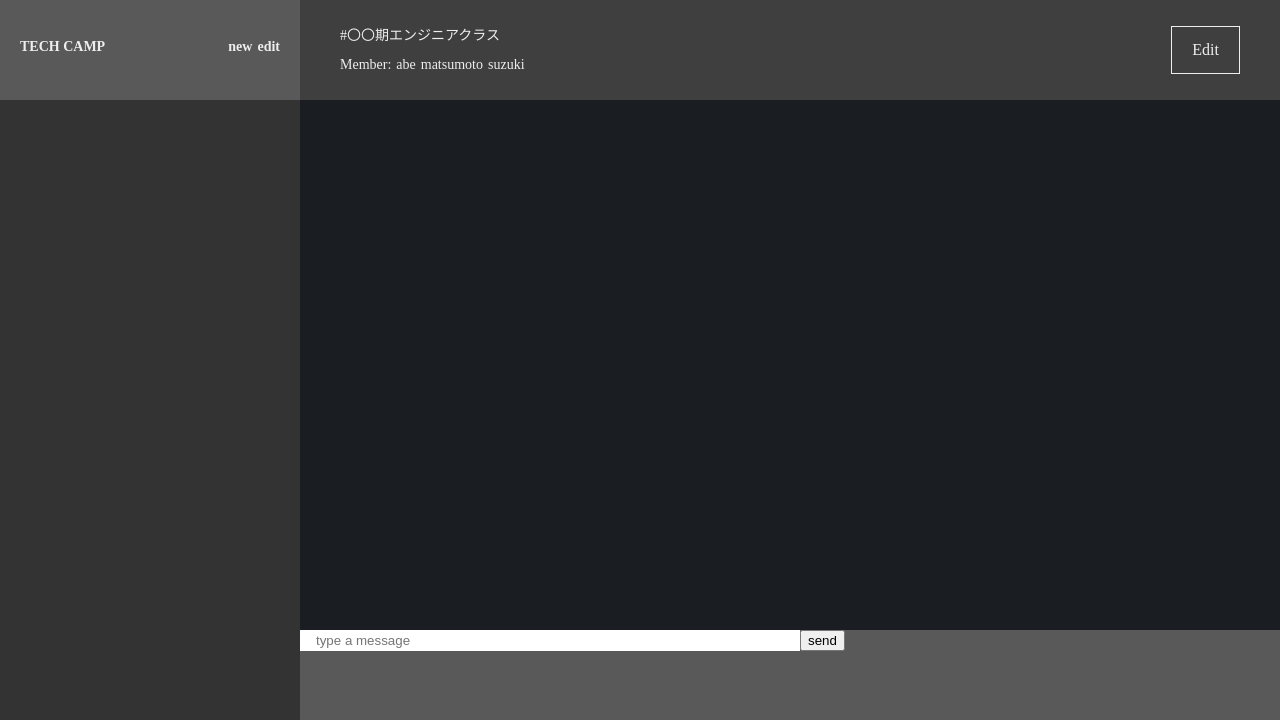
Repository: m-mao/firsa_app
Page: html_css/chat-app/index.html
The author's editor kept a record of every edit. The page is drawn from the files as they stood at one moment, then again after the next edit.
The browser window is 1280 px wide. The pictures show the whole page.

Above is the page before.

### html_css/chat-app/index.html
<!DOCTYPE html>
<html>
<head>
    <meta charset="UTF-8">
    <link rel="stylesheet" href="reset.css">
    <link rel="stylesheet" href="style.css">
    <title>chat-app</title>
</head>
<body>
    <div class="wrapper">
        <div class="chat-side">
            <div class="side-header">
                <div class="side-box">
                    <p class="user-name">TECH CAMP</p>
                    <div class="menu">
                        <div class="new-group"><a href="#">new</a></div>
                        <div class="edit-user"><a href="#">edit</a></div>
                    </div>
                </div>
            </div>
            <div class="groups">
            </div>
        </div>
        <div class="chat-main">
            <div class="main-header">
                <div class="header-leftbox">
                    <h2 class="current-group">#〇〇期エンジニアクラス</h2>
                    <ul class="member-list">Member:
                        <li class="member">abe</li>
                        <li class="member">matsumoto</li>
                        <li class="member">suzuki</li>
                    </ul>
                </div>
                <a class="edit-btn" href="#">Edit</a>
            </div>
            <div class="messages">
            </div>
            <div class="forms">
                <form class="new-message">
                    <input class="input-text" type="text" placeholder="type a message">
                    <input class="submit-btn" type="submit" value="send">
                </form>
            </div>
        </div>
    </div>
</body>
</html>

### html_css/chat-app/reset.css
/* http://meyerweb.com/eric/tools/css/reset/
   v2.0 | 20110126
   License: none (public domain)
*/

html, body, div, span, applet, object, iframe,
h1, h2, h3, h4, h5, h6, p, blockquote, pre,
a, abbr, acronym, address, big, cite, code,
del, dfn, em, img, ins, kbd, q, s, samp,
small, strike, strong, sub, sup, tt, var,
b, u, i, center,
dl, dt, dd, ol, ul, li,
fieldset, form, label, legend,
table, caption, tbody, tfoot, thead, tr, th, td,
article, aside, canvas, details, embed,
figure, figcaption, footer, header, hgroup,
menu, nav, output, ruby, section, summary,
time, mark, audio, video {
	margin: 0;
	padding: 0;
	border: 0;
	font-size: 100%;
	font: inherit;
	vertical-align: baseline;
}
/* HTML5 display-role reset for older browsers */
article, aside, details, figcaption, figure,
footer, header, hgroup, menu, nav, section {
	display: block;
}

* {
	box-sizing: border-box;
}

html {
  font-size: 62.5%;
}

body {
	line-height: 1;
	font-size: 1.4rem;
}

ol, ul {
	list-style: none;
}
blockquote, q {
	quotes: none;
}
blockquote:before, blockquote:after,
q:before, q:after {
	content: '';
	content: none;
}
table {
	border-collapse: collapse;
	border-spacing: 0;
}

### html_css/chat-app/style.css
.wrapper {
 height: 100vh;
 display: flex;
}

.chat-side {
 width: 300px;
 background-color: #333333;
}

.side-header {
 height: 100px;
 background-color: #595959;
 display: flex;
 align-items: center;
}

.groups {
 height: class(100vh - 100px);
 background-color: #333333;
}

.chat-main {
 width: calc(100% - 300px);
 background-color: #1a1d21;
}

.main-header {
 height: 100px;
 background-color: #3f3f3f;
 display: flex;
 justify-content: space-between;
 align-items: center;
 padding: 0 40px;
}

.messages {
 height: calc(100vh - 190px);
 background-color: #1a1d21;
}

.forms {
 height: 90px;
 background-color: #595959;
}

.side-box {
 width: 260px;
 height: 20px;
 margin: 0 20px;
 display: flex;
 justify-content: space-between;
 font-weight: bold;
}

.user-name {
 color: #eeeeee;
}

a {
 text-decoration: none;
 color: #eeeeee;
}

.menu {
 display: flex;
}

.new-group {
 margin-right: 5px;
}

.current-group {
 color: #eeeeee;
 margin-bottom: 15px;
 size: 20px;
}

.header-leftbox {
 flex-direction: colomn;
}

.member-list {
 color: #eeeeee;
 size: 12px;
 display: flex;
}

.member {
 margin-left: 5px;
}

.edit-btn {
 font-size: 16px;
 border: 1px solid #eeeeee;
 padding: 15px 20px;
}

.new-message {
 display: flex;
 margin; 20px 40px;
}

.input-text {
 width: 500px;
 padding: 0 15px;
 border: 1px solid white;
 display: block;
}

.submit-btn {

}

After the next edit:
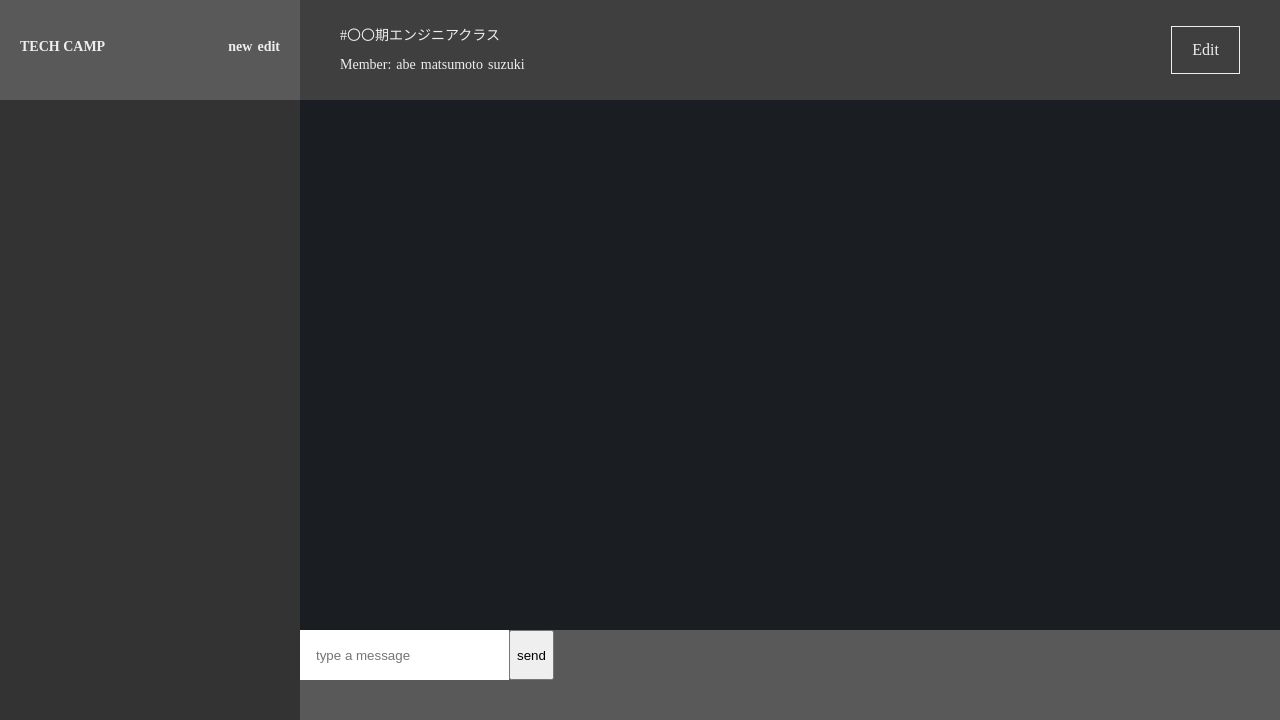
The edit:
--- a/html_css/chat-app/style.css
+++ b/html_css/chat-app/style.css
@@ -102,7 +102,7 @@
 }
 
 .input-text {
- width: 500px;
+ height: 50px;
  padding: 0 15px;
  border: 1px solid white;
  display: block;
